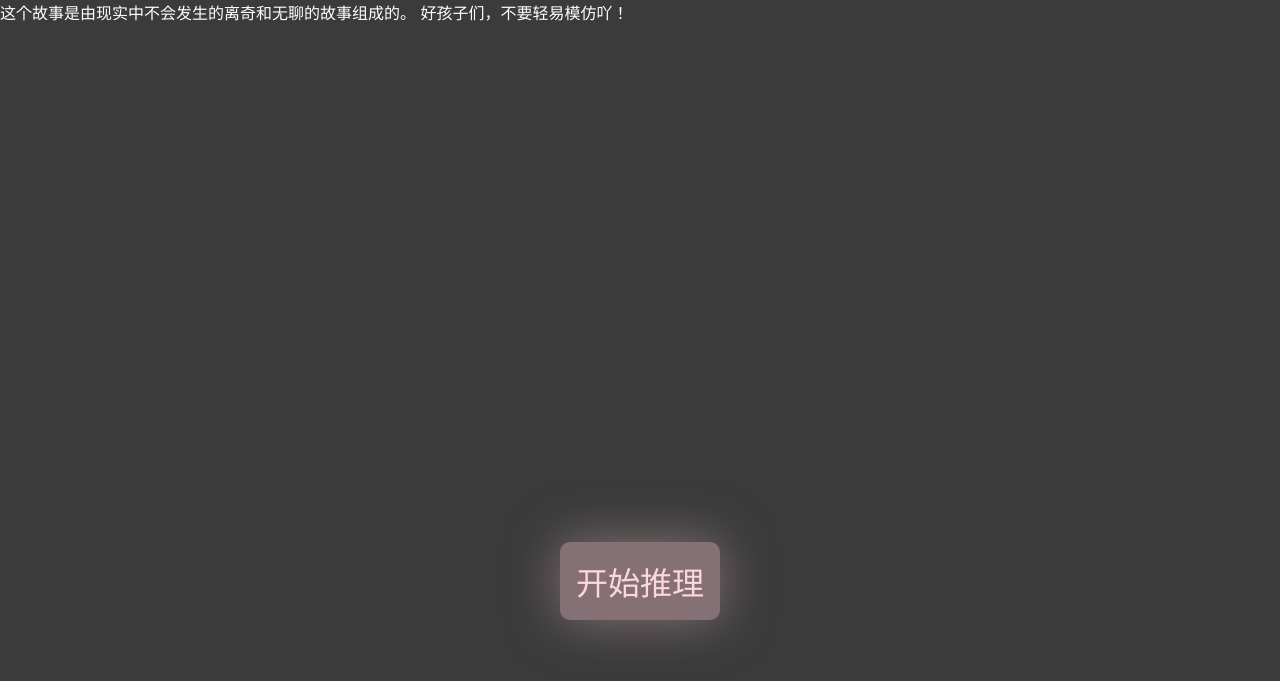
Repository: Jofali/reasoning-genius
Page: /
The author's editor kept a copy of each file at every save. The page is drawn from the files as they stood at one save, then again after the next save.
The browser window is 1280 px wide. The pictures show the whole page.
The project was rebuilt for these pictures with package versions that can differ from the ones it lists, and the page was loaded fresh each time. Also part of the build but not shown: src/part1/part1.css, src/part1/part1.js, src/part2/part2.css, src/part2/part2.js, src/title/title.css, src/title/title.js, src/inventory/inventory.css, src/inventory/inventory.js and 2 more.

Above is the page before, as saved 2019-05-22 17:53:03.

After the next save:
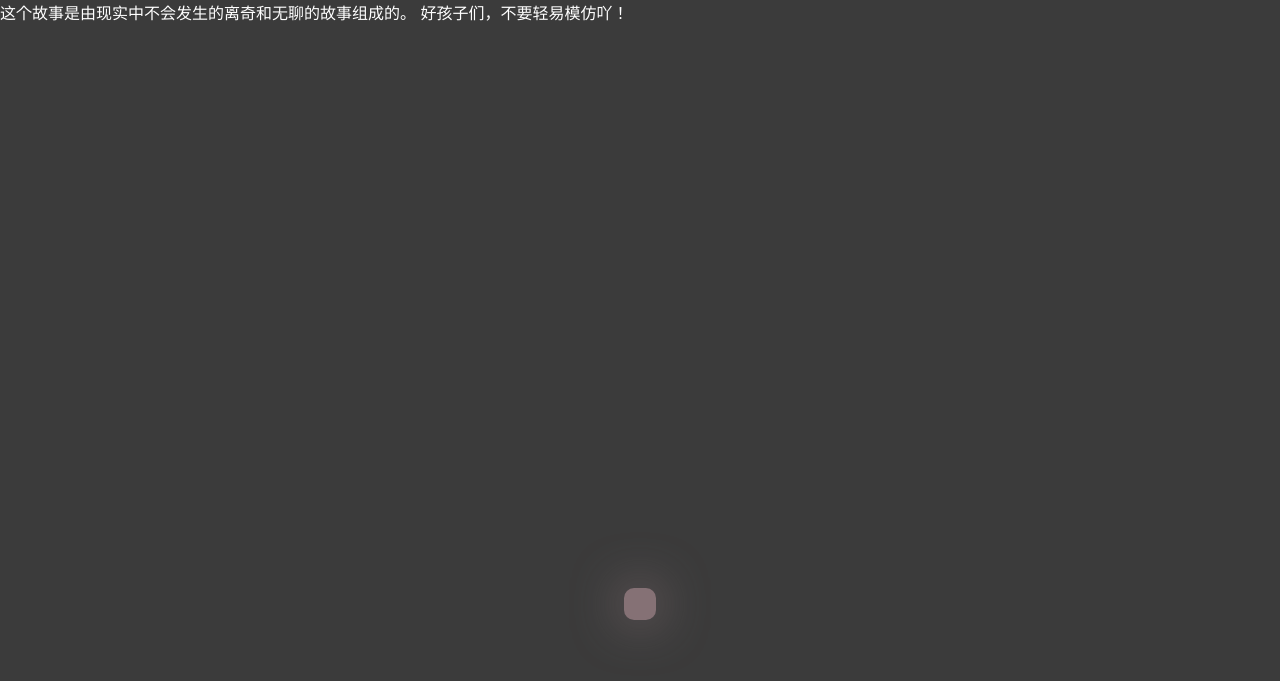
Saved 48 s later.
--- a/src/App.js
+++ b/src/App.js
@@ -13,7 +13,8 @@
       content: <Begin />,
       maxPartNum: 1,
       showPart: true,
-      btnClass: "btn-game btn-game-begin-status"
+      btnClass: "btn-game btn-game-begin-status",
+      btnContent: "开始推理"
     };
     this.stepTo = this.stepTo.bind(this);
   }
@@ -67,7 +68,7 @@
             >
               <div class="App-wrap">
               { this.state.content }
-              <button className={this.state.btnClass} onClick={this.stepTo}>开始推理</button>
+              <button className={this.state.btnClass} onClick={this.stepTo}>{this.statebtnContent}</button>
               </div>
           </CSSTransition>
 

After the 3 saves that followed:
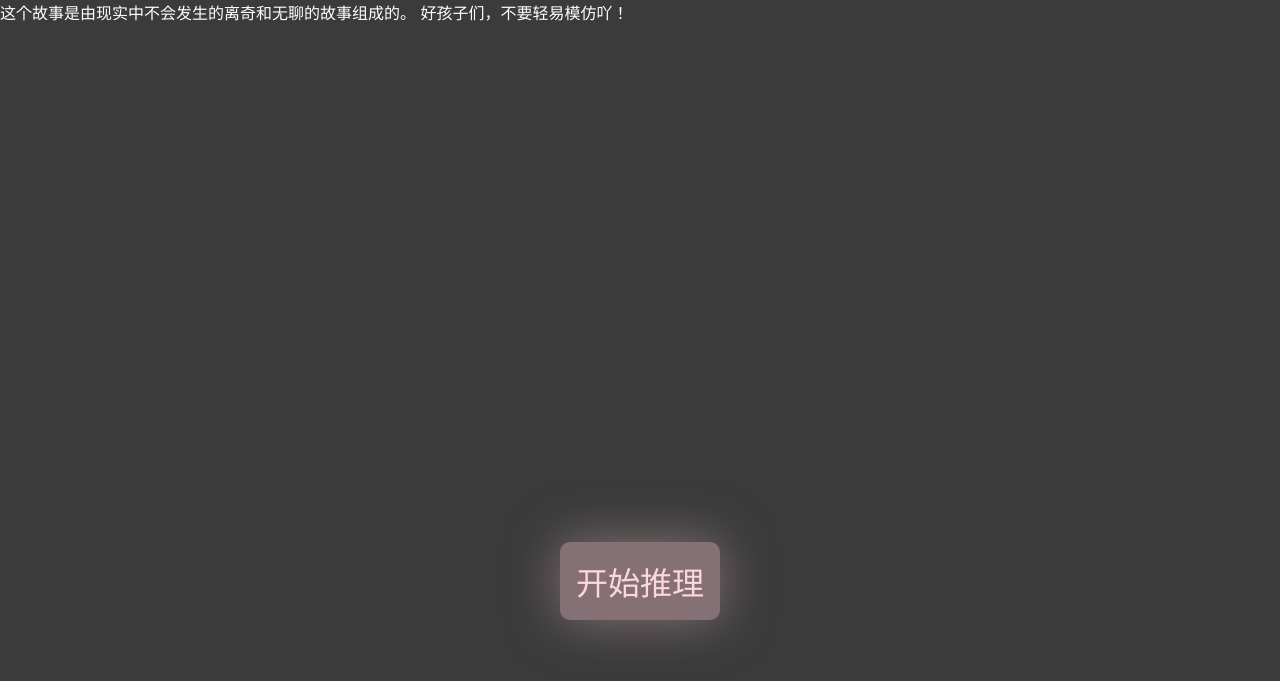
The 3 saves are shown as one change because 2 left the picture as it was.
The last was saved 40 s later.
--- a/src/App.js
+++ b/src/App.js
@@ -36,13 +36,13 @@
       switch(this.partNum)
       {
         case 0:
-          this.setState({ content: <Begin />, btnClass: "btn-game btn-game-begin-status" })
+          this.setState({ content: <Begin />, btnClass: "btn-game btn-game-begin-status", statebtnContent: "开始推理" })
           break;
         case 1:
-          this.setState({ content: <Partwrap />, btnClass: "btn-game btn-game-end-status" })
+          this.setState({ content: <Partwrap />, btnClass: "btn-game btn-game-end-status", statebtnContent: "退出" })
           break;
         default:
-          this.setState({ content: <Begin />, btnClass: "btn-game btn-game-begin-status" })
+          this.setState({ content: <Begin />, btnClass: "btn-game btn-game-begin-status", statebtnContent: "开始推理" })
       }
       this.setshow(true);
     }, 300);
@@ -68,7 +68,7 @@
             >
               <div class="App-wrap">
               { this.state.content }
-              <button className={this.state.btnClass} onClick={this.stepTo}>{this.statebtnContent}</button>
+              <button className={this.state.btnClass} onClick={this.stepTo}>{this.state.btnContent}</button>
               </div>
           </CSSTransition>
 
